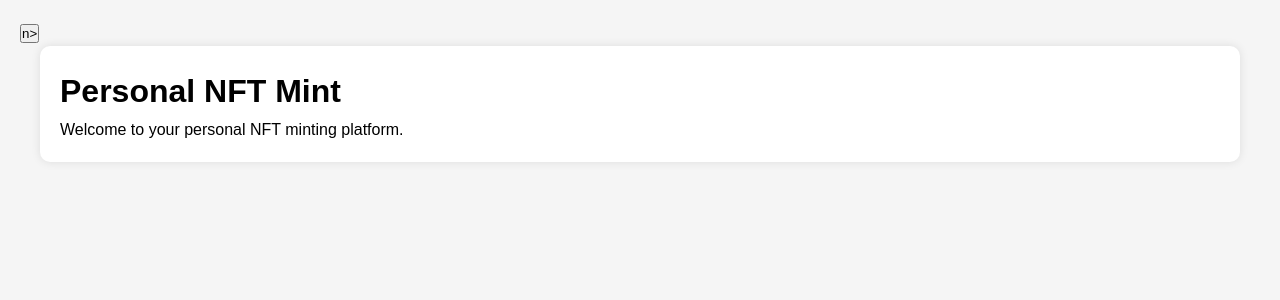
Repository: Ch3fC0d3/-MACT6340
Page: index.html
These files come from the project's save history. The page is drawn as it stood at one moment and after the next save; the edit follows.
The browser window is 1280 px wide. The pictures show the whole page.

Above is the page before, as saved 2025-01-15 09:57:16.

### index.html
<!DOCTYPE html>
<html>
<head>
    <meta charset="UTF-8">
    <meta http-equiv="content-type" content="text/html; charset=utf-8" />
    <meta name="viewport" content="width=device-width, initial-scale=1.0">
    <link rel="icon" type="image/x-icon" href="./images/favicon.ico">
    <title>Personal NFT Mint</title>
    <meta name="author" content="David G. Smith">
    <meta name="description" content="A personal NFT mint for an artist.">
    <link rel="stylesheet" href="./CSS/style.css">
</head>
<body>
  <button id="TestButton"<Click Me ></Click>n>
    <script type="module" src="./js/index.js"></script>
</body>
</html>

### CSS/style.css
* {
    margin: 0;
    padding: 0;
    box-sizing: border-box;
}

body {
    font-family: Arial, sans-serif;
    line-height: 1.6;
    padding: 20px;
    background-color: #f5f5f5;
}

.container {
    max-width: 1200px;
    margin: 0 auto;
    padding: 20px;
    background-color: white;
    border-radius: 10px;
    box-shadow: 0 0 10px rgba(0,0,0,0.1);
}

### js/index.js
// Main application logic
document.addEventListener('DOMContentLoaded', () => {
    const app = document.createElement('div');
    app.className = 'container';

    const header = document.createElement('h1');
    header.textContent = 'Personal NFT Mint';

    const description = document.createElement('p');
    description.textContent = 'Welcome to your personal NFT minting platform.';

    app.appendChild(header);
    app.appendChild(description);
    document.body.appendChild(app);
});

After the next save:
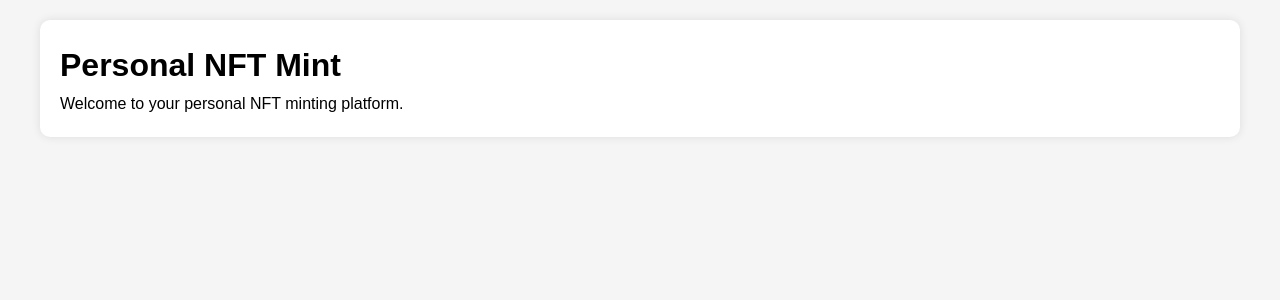
Saved 13 s later.
--- a/index.html
+++ b/index.html
@@ -11,7 +11,6 @@
     <link rel="stylesheet" href="./CSS/style.css">
 </head>
 <body>
-  <button id="TestButton"<Click Me ></Click>n>
     <script type="module" src="./js/index.js"></script>
 </body>
 </html>

After the 2 saves that followed:
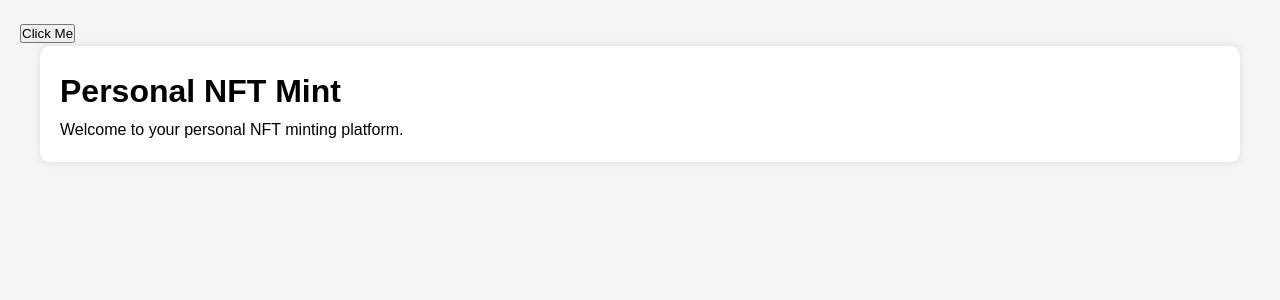
The 2 saves are shown as one change because 1 left the picture as it was.
The last was saved 17 s later.
--- a/index.html
+++ b/index.html
@@ -11,6 +11,7 @@
     <link rel="stylesheet" href="./CSS/style.css">
 </head>
 <body>
+    <button id="TestButton" onclick="ClickMe()">Click Me</button>
     <script type="module" src="./js/index.js"></script>
 </body>
 </html>
